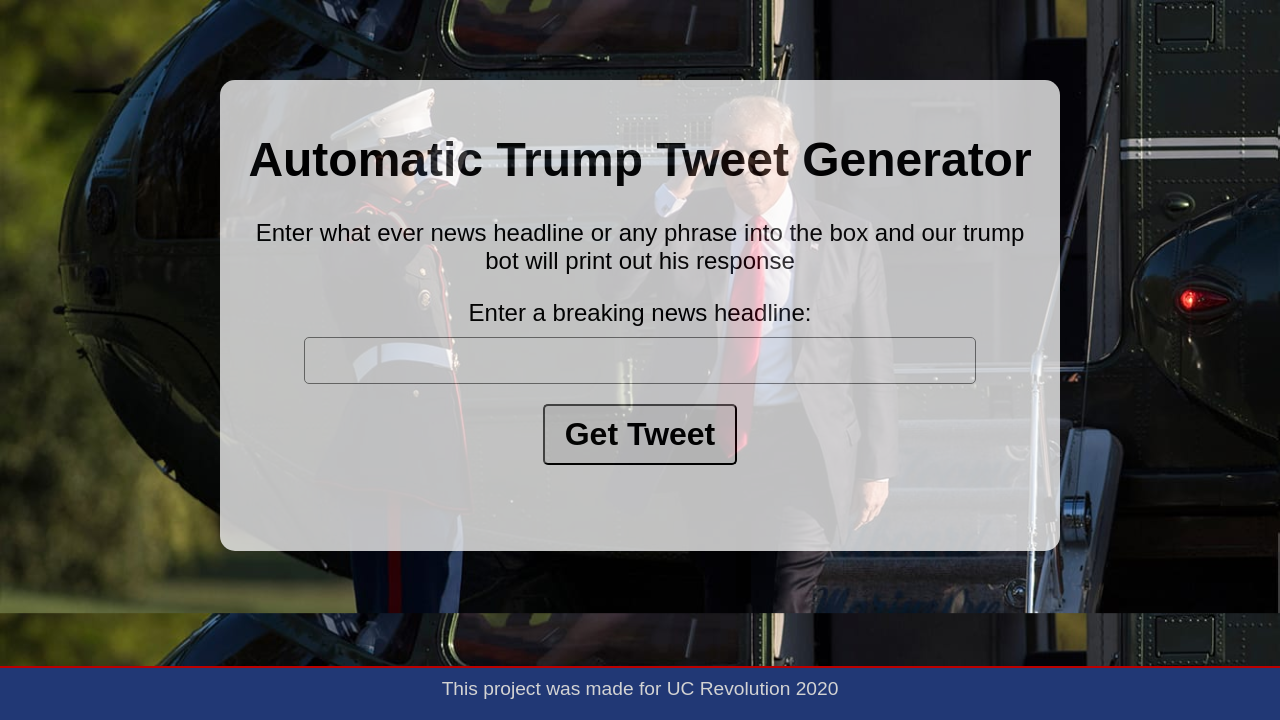
Repository: Yang4292/ai-donald
Page: http://localhost/
The author's editor kept a record of every edit. The page is drawn from the files as they stood at one moment, then again after the next edit.
The browser window is 1280 px wide. The pictures show the whole page.
The page is served by the project's application, run on Flask 3 (FlaskServer.py).

Above is the page before.

After the next edit:
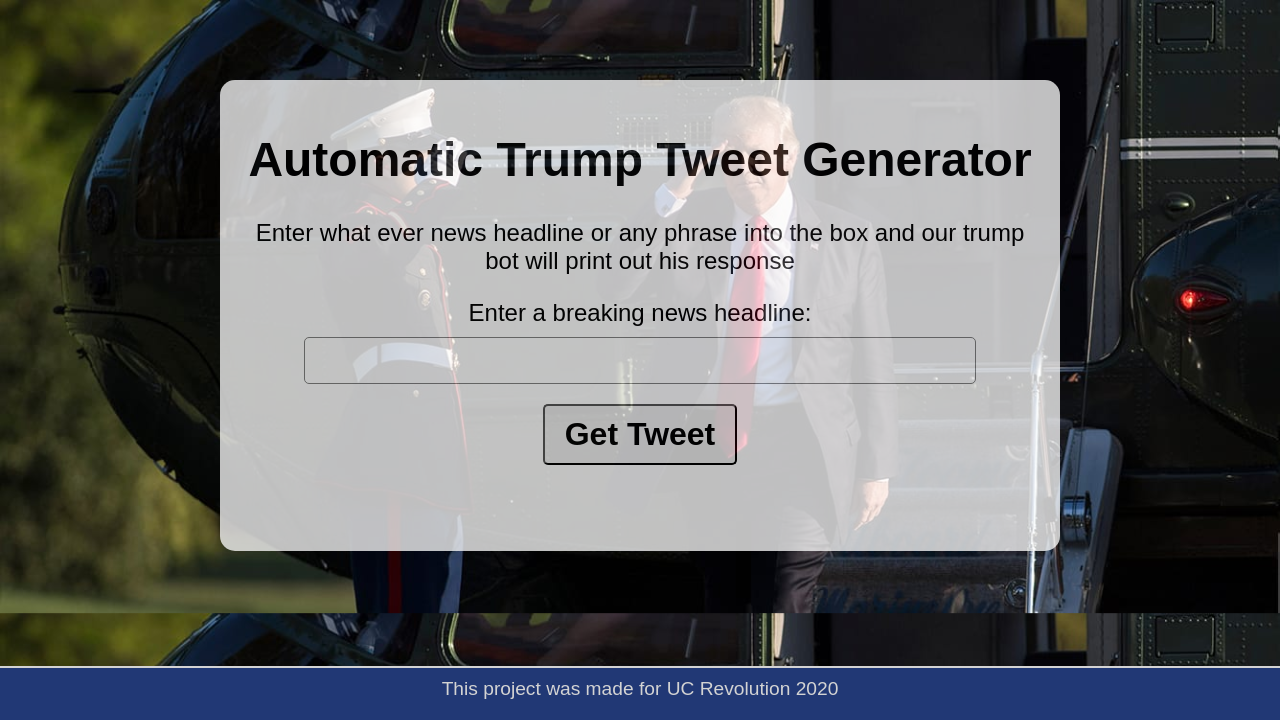
The edit:
--- a/static/theme.css
+++ b/static/theme.css
@@ -43,7 +43,7 @@
     position:fixed;
     height:2rem;
     background-color:#213875;
-    border-top:2px solid #bc0000;
+    border-top:2px solid lightgrey;
     bottom:0px;
     right:0px;
     left:0px;
